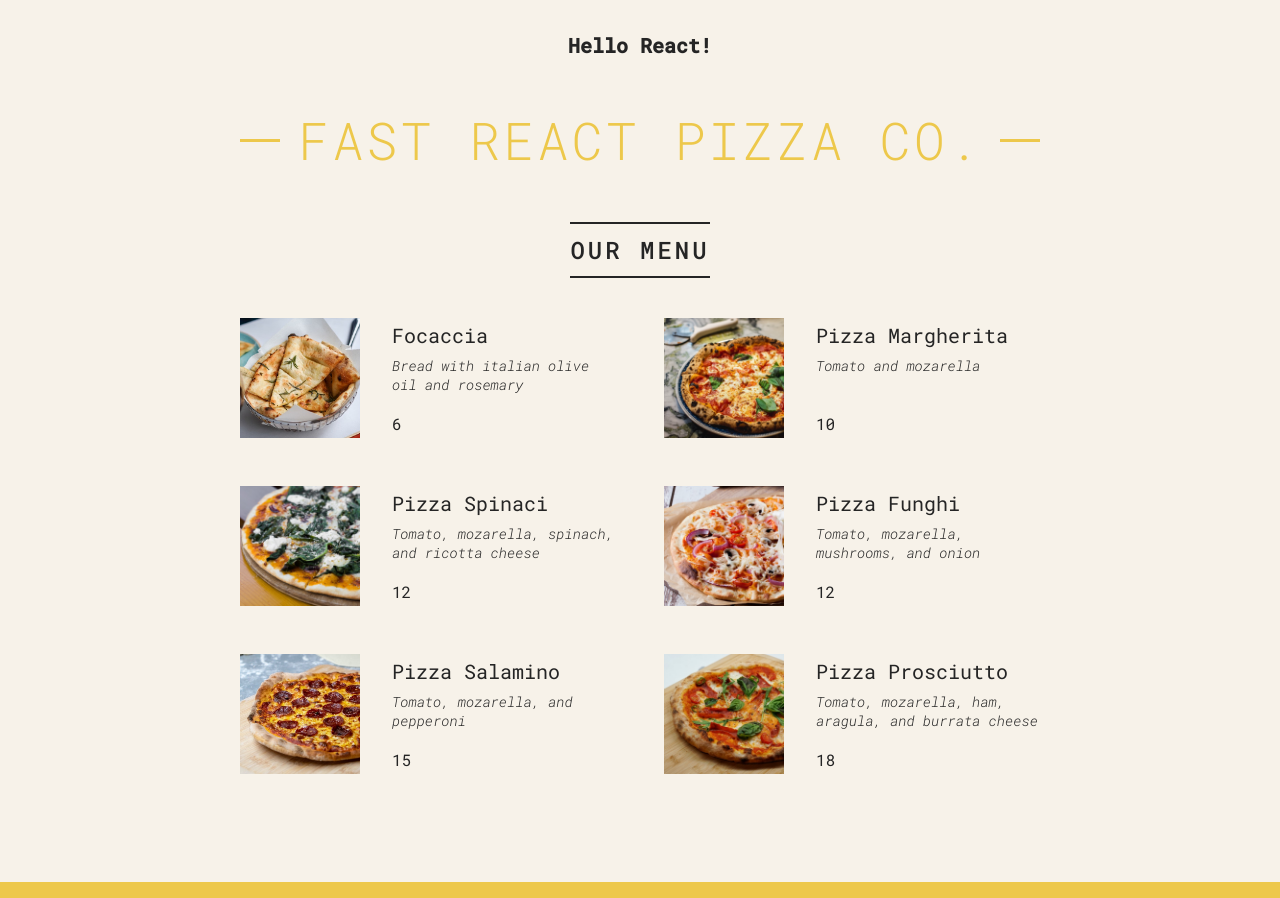
Repository: Alphosmart/03_pizza-menu
Page: /
These files come from the project's save history. The page is drawn as it stood at one moment and after a run of saves; the edit follows.
The browser window is 1280 px wide. The pictures show the whole page.
The project was rebuilt for these pictures with package versions that can differ from the ones it lists, and the page was loaded fresh each time.

Above is the page before, as saved 2024-06-02 12:21:54.

After the next 2 saves:
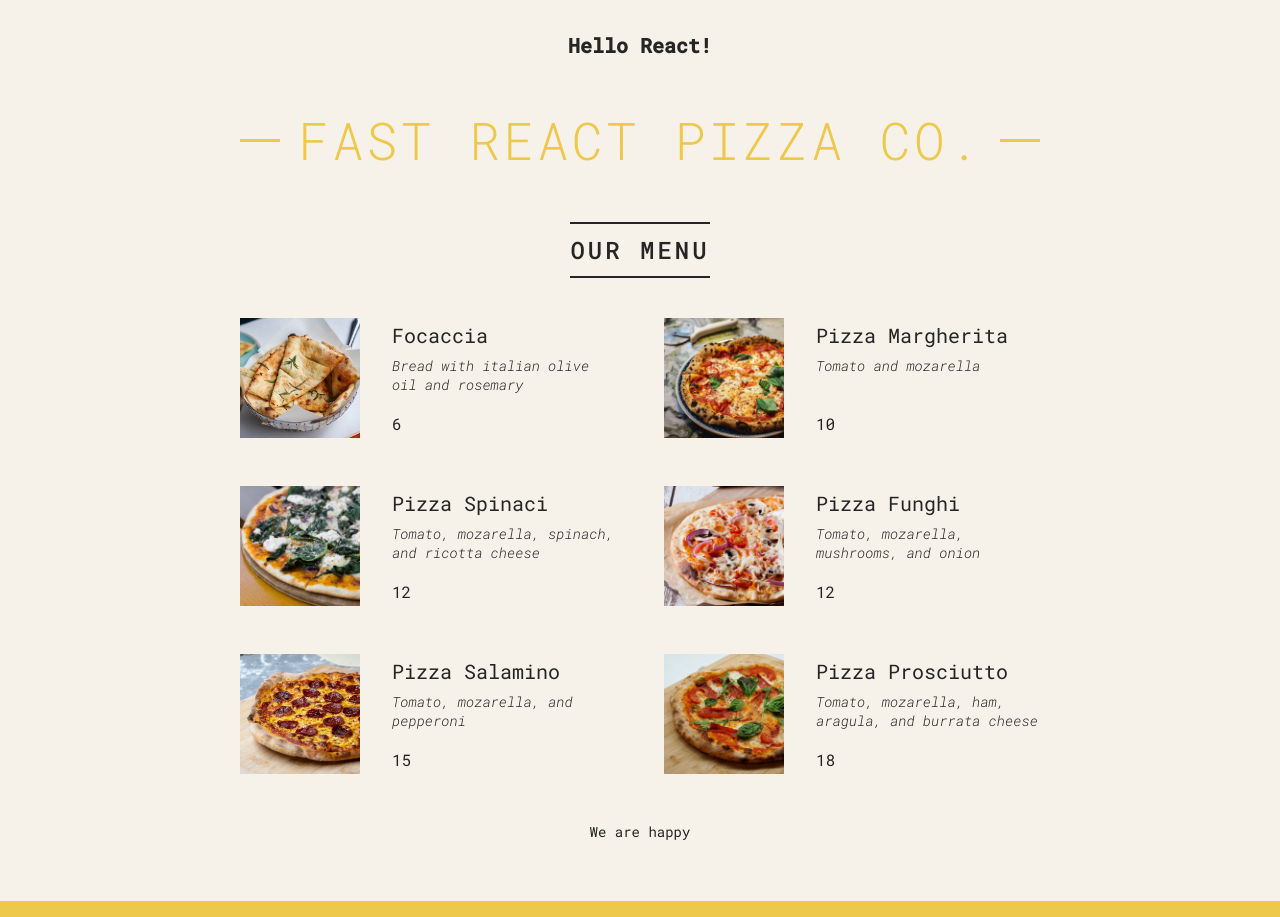
The 2 saves are shown as one change because 1 did not build or start.
The last was saved 2 min 1 s later.
--- a/src/index.js
+++ b/src/index.js
@@ -126,11 +126,13 @@
   // else alert("Sorry We're closed!");
   return (
     <footer className="footer">
-      {isOpen && (
+      {isOpen ? (
         <div className="order">
           <p>We're open until {closeHour}:00. Come visit us or order online.</p>
           <button className="btn">Order</button>
         </div>
+      ) : (
+        <p>We are happy</p>
       )}
     </footer>
   );
